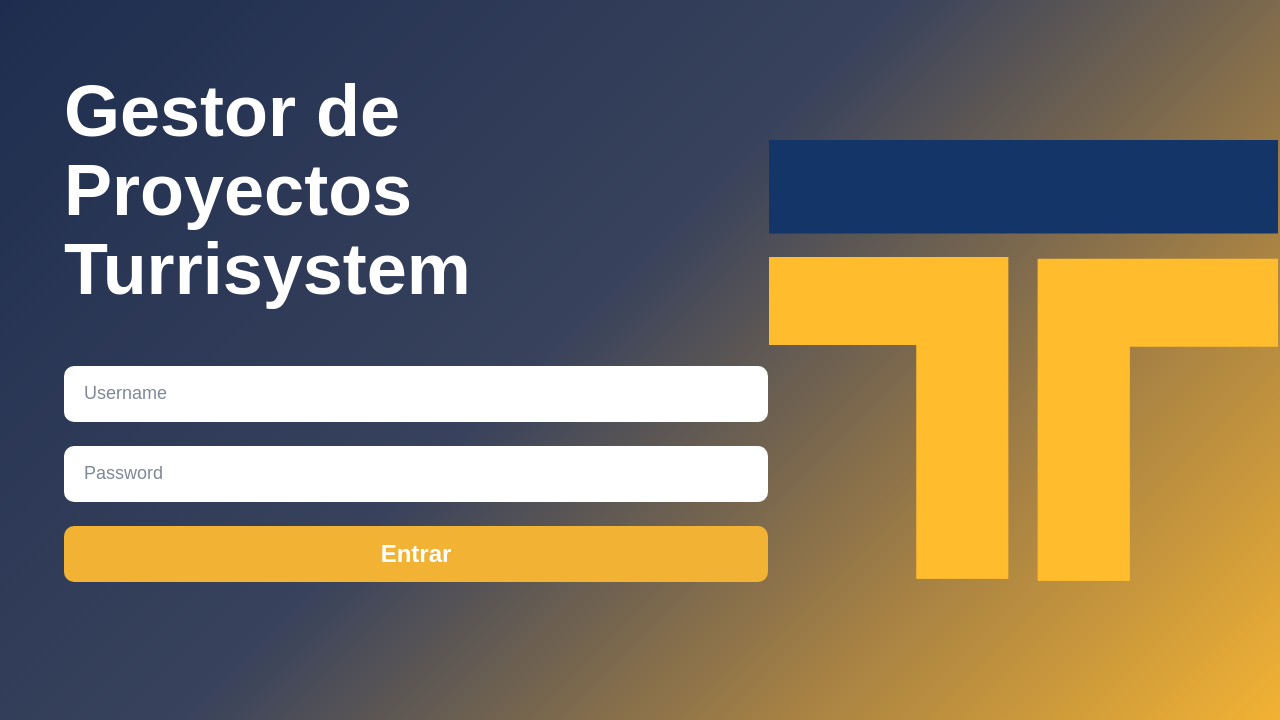
Repository: JucesM/gestor-proyectos-turri
Page: / (app in Job-Portal-Frontend-main/)
These files come from the project's save history. The page is drawn as it stood at one moment and after the next save; the edit follows.
The browser window is 1280 px wide. The pictures show the whole page.
The page's requests for data from a server got no answer. The project was rebuilt for these pictures with package versions that can differ from the ones it lists, and the page was loaded fresh each time. No one was signed in, and anything a server would have sent is missing. Imported but missing from the stored project, and not drawn on this page: Job-Portal-Frontend-main/src/reportWebVitals.

Above is the page before, as saved 2025-09-23 14:18:41.

After the next save:
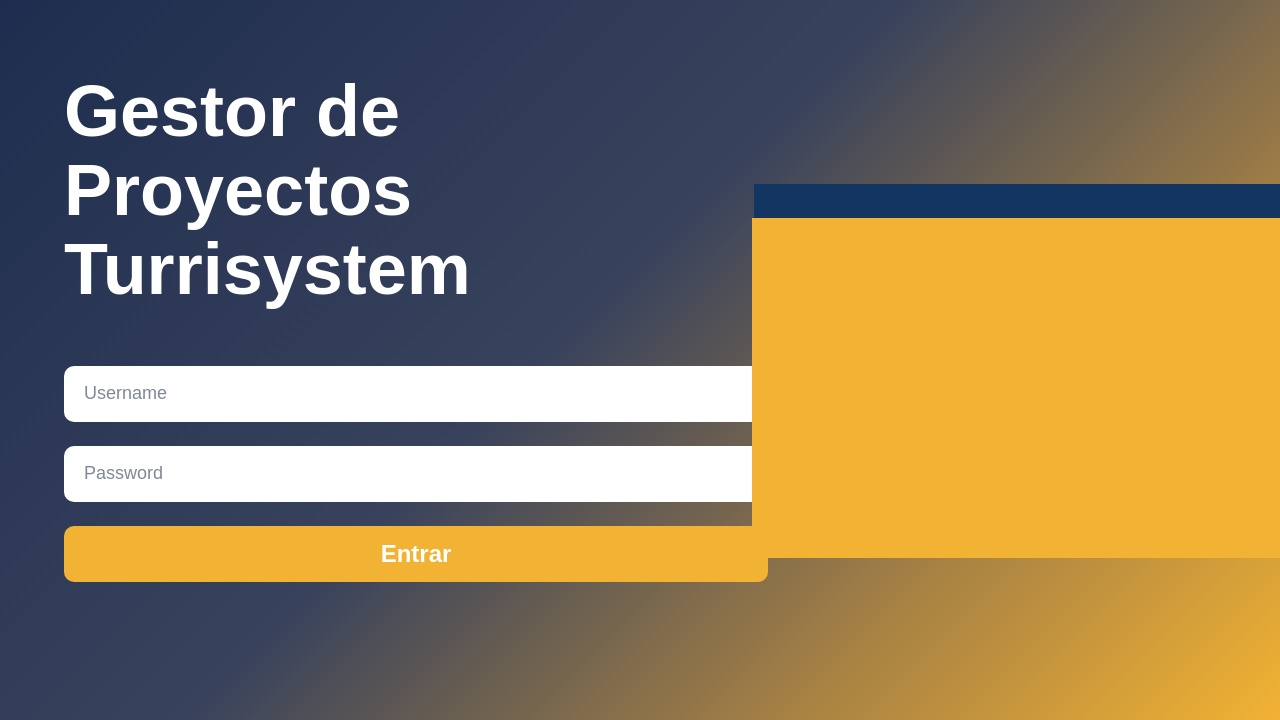
Saved 8 s later.
--- a/Job-Portal-Frontend-main/src/pages/Login.js
+++ b/Job-Portal-Frontend-main/src/pages/Login.js
@@ -117,7 +117,12 @@
 
       <div className="login-right">
         <div className="logo-container">
-          <img src={logoTurri} alt="Logo Turri" className="logo-image" />
+          <div className="logo-bar"></div>
+          <div className="logo-t-container">
+            <div className="logo-t-left"></div>
+            <div className="logo-t-center"></div>
+            <div className="logo-t-right"></div>
+          </div>
         </div>
       </div>
     </div>

After the 3 saves that followed:
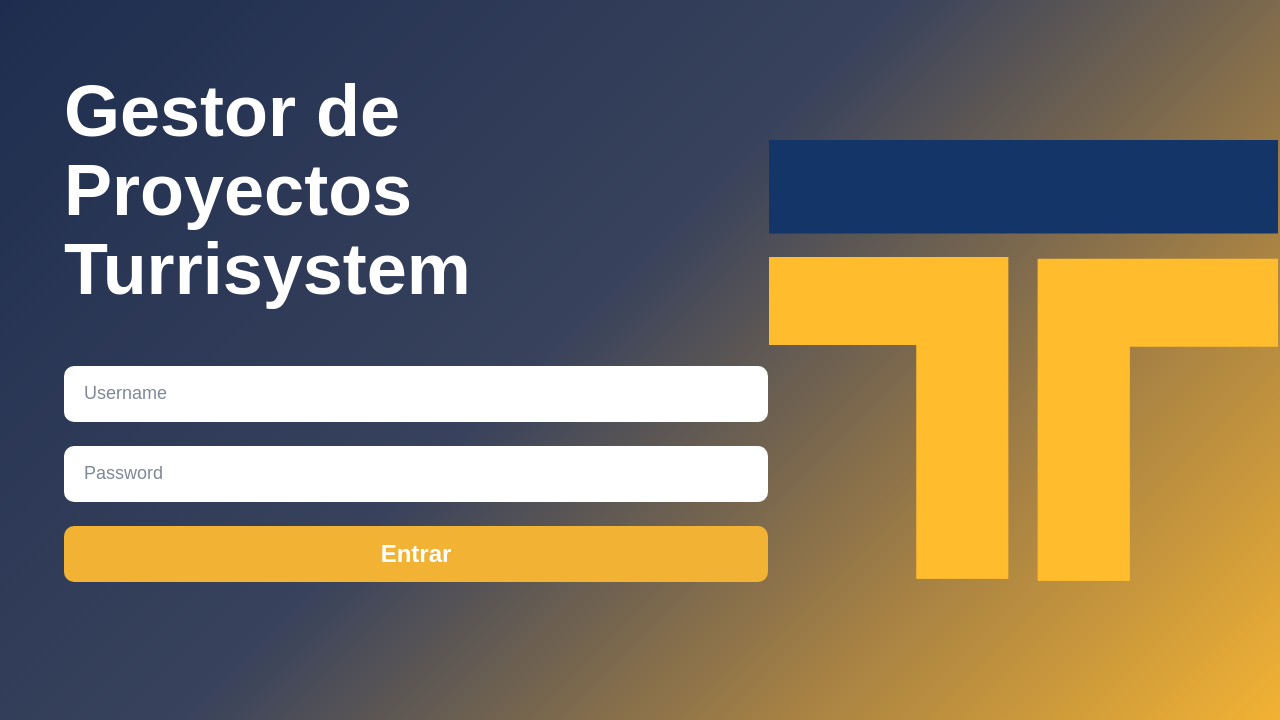
The 3 saves are shown as one change because 2 left the picture as it was.
The last was saved 58 s later.
--- a/Job-Portal-Frontend-main/src/pages/Login.js
+++ b/Job-Portal-Frontend-main/src/pages/Login.js
@@ -117,12 +117,7 @@
 
       <div className="login-right">
         <div className="logo-container">
-          <div className="logo-bar"></div>
-          <div className="logo-t-container">
-            <div className="logo-t-left"></div>
-            <div className="logo-t-center"></div>
-            <div className="logo-t-right"></div>
-          </div>
+          <img src={logoTurri} alt="Logo Turri" className="logo-image" />
         </div>
       </div>
     </div>
